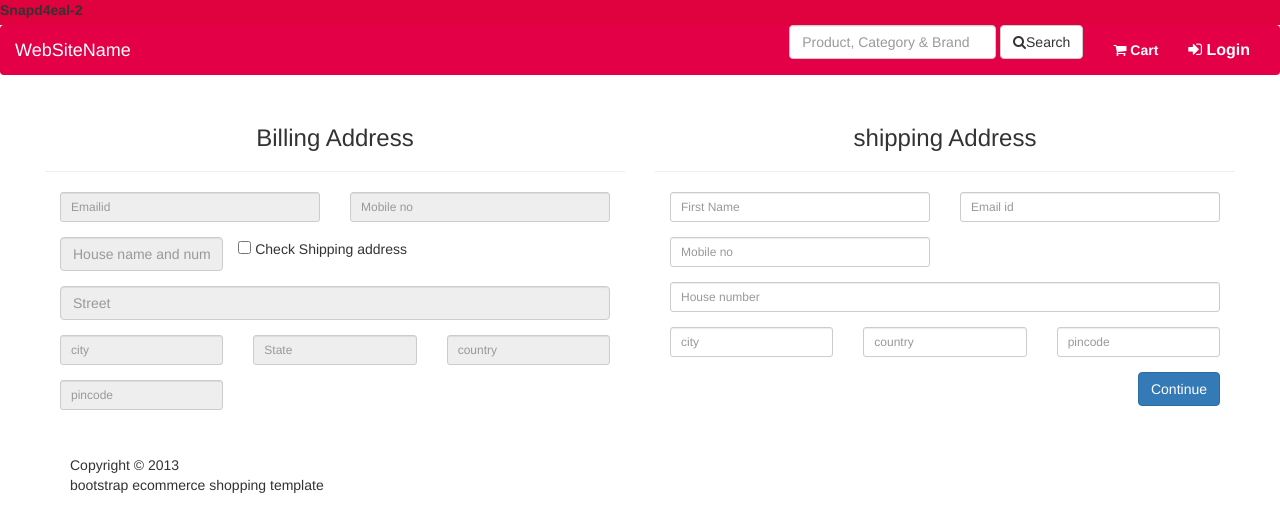
Repository: Aryans26/project
Page: http://localhost/frontend/WEB-INF/views/addressorder.jsp
These files come from the project's save history. The page is drawn as it stood at one moment and after the next save; the edit follows.
The browser window is 1280 px wide. The pictures show the whole page.
Some web libraries are served in a nearby version. The page is served by Tomcat 9. Nobody is signed in. The template is opened directly, without the code that normally fills it, so the values that code supplies are empty.

Above is the page before, as saved 2017-06-21 08:58:18.

After the next save:
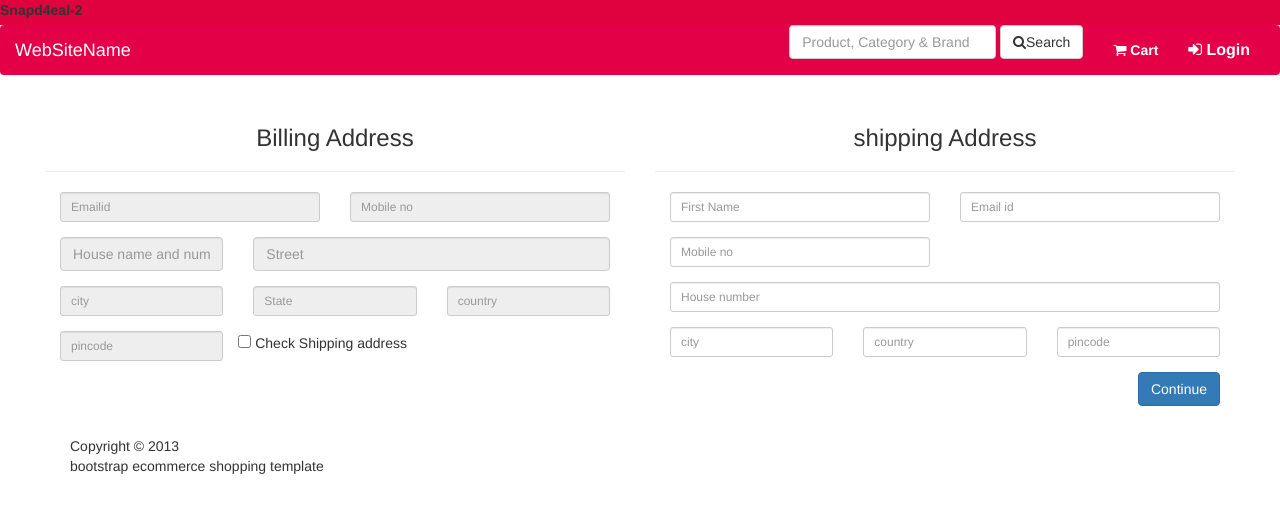
Saved 10 s later.
--- a/frontend/src/main/webapp/WEB-INF/views/addressorder.jsp
+++ b/frontend/src/main/webapp/WEB-INF/views/addressorder.jsp
@@ -42,7 +42,7 @@
 
 			</div>
 		</div>
-		<div class="col-xs-12 col-sm-12 col-md-12">
+		<div class="col-xs-8 col-sm-8 col-md-8">
 			<div class="form-group">
 				<form:input type="text" class="form-control" path="billing.Street_name" disabled="true" placeholder="Street"/>
 
